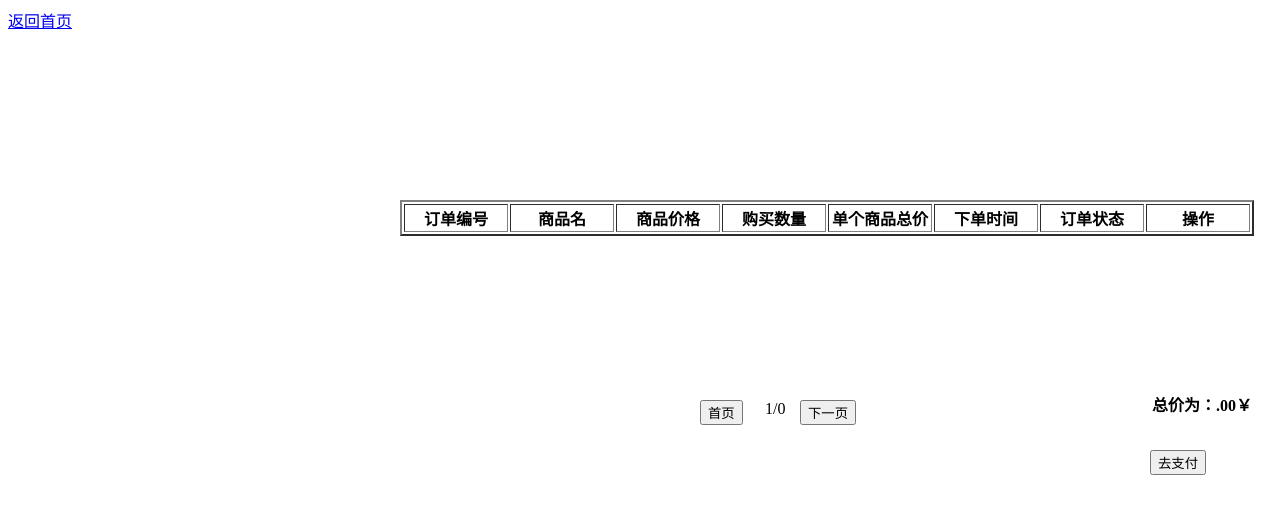
Repository: Gale-student/Gale-student.github.io
Page: http://localhost/weshop/OrdersDetailUnpaidQueryServlet
The author's editor kept a copy of each file at every save. The page is drawn from the files as they stood at one save, then again after the next save.
The browser window is 1280 px wide. The pictures show the whole page.
The page is served by Tomcat 9. Other server files are loaded and not shown. Queries for data that is not in the repository find no rows.

Above is the page before, as saved 2022-10-05 13:19:33.

### WeShop/weshop/WebRoot/WEB-INF/jsp/OrdersUnpaidQueryOfUser.jsp
<%@ page language="java" import="java.util.*,com.company.entity.*" pageEncoding="utf-8"%>
<%
String path = request.getContextPath();
String basePath = request.getScheme()+"://"+request.getServerName()+":"+request.getServerPort()+path+"/";
%>

<!DOCTYPE HTML PUBLIC "-//W3C//DTD HTML 4.01 Transitional//EN">
<html>
  <head>
    <base href="<%=basePath%>">

    <title>My JSP 'OrdersUnpaidQueryOfUser.jsp' starting page</title>

	<meta http-equiv="pragma" content="no-cache">
	<meta http-equiv="cache-control" content="no-cache">
	<meta http-equiv="expires" content="0">
	<meta http-equiv="keywords" content="keyword1,keyword2,keyword3">
	<meta http-equiv="description" content="This is my page">
	<!--
	<link rel="stylesheet" type="text/css" href="styles.css">
	-->
  <%
      List<OrdersDetail> ordersDetailList = (List<OrdersDetail>)request.getAttribute("ordersDetailList");

      int currentPage = (Integer) session.getAttribute("currentPage");
      int allPage = (Integer) session.getAttribute("allPage");

      String upPage = "上一页";
      String downPage = "下一页";
      if(currentPage == 1){
         upPage = "首页";
      }
      if(currentPage == allPage){
         downPage = "尾页";
      }

      String totalPrice = (String) request.getAttribute("totalPrice");
      if(totalPrice == null){
         totalPrice = "";
      }
   %>
    <style type="text/css">
     th{
        width: 100px;
     }
     td{
        width: 100px;
     }
   </style>
  </head>

  <body>
   <a href="ShoppingHomePage.jsp">返回首页</a>
    <table style="position: absolute; left: 400px; top: 200px; text-align: center;" border="2" cellspacing="2">
       <tr>
          <th>订单编号</th>
          <th>商品名</th>
          <th>商品价格</th>
          <th>购买数量</th>
          <th>单个商品总价</th>
          <th>下单时间</th>
          <th>订单状态</th>
          <th>操作</th>
       </tr>
       <%for(int i = 0; i < ordersDetailList.size(); i ++){ %>
       <tr>
          <td><%=ordersDetailList.get(i).getOid() %></td>
          <td><%=ordersDetailList.get(i).getSname() %></td>
          <td><%=ordersDetailList.get(i).getSprice() %>.00￥</td>
          <td><%=ordersDetailList.get(i).getQuantity() %>.0</td>
          <td><%=ordersDetailList.get(i).getShopPrice() %>.00￥</td>
          <td><%=ordersDetailList.get(i).getDate() %></td>
          <td><%=ordersDetailList.get(i).getStatus() %></td>
          <td>
             <form action="OrdersCancelOfUserServlet" method="post">
                <input style="position: absolute; visibility: hidden;" type="text" value=<%=ordersDetailList.get(i).getOid() %> name="oid">
                <input type="submit" value="取消订单">
             </form>
          </td>
       </tr>
       <%} %>
    </table>
    <div style="position: absolute; left: 700px; top: 400px;">
    <form action="OrdersDetailUnpaidUpPageServlet" method="post">
       <input type="submit" value=<%=upPage %>>
    </form>
    <label style="position: absolute; top: 0px; left: 65px;"><%=currentPage + "/" + allPage %></label>
    <form style="position: absolute; top: 0px; left: 100px;" action="OrdersDetailUnpaidDownPageServlet" method="post">
       <input type="submit" value=<%=downPage %>>
    </form>

    </div>
    <label style="position: absolute; left: 1150px; top: 390px;border: 2px solid white; font-weight: bolder;">总价为：<%=totalPrice %>.00￥</label>
    <form action="" method="post">
        <input style="position: absolute; left: 1150px; top: 450px;" type="submit" value="去支付">
    </form>
  </body>
</html>

### WeShop/weshop/src/com/company/controller/OrdersDetailUnpaidQueryServlet.java
package com.company.controller;

import java.io.IOException;
import java.io.PrintWriter;
import java.util.List;

import javax.servlet.ServletException;
import javax.servlet.http.HttpServlet;
import javax.servlet.http.HttpServletRequest;
import javax.servlet.http.HttpServletResponse;
import javax.servlet.http.HttpSession;

import com.company.entity.OrdersDetail;
import com.company.service.OrdersService;
import com.company.service.OrdersServiceImpl;

public class OrdersDetailUnpaidQueryServlet extends HttpServlet {

	/**
	 * The doGet method of the servlet. <br>
	 *
	 * This method is called when a form has its tag value method equals to get.
	 *
	 * @param request the request send by the client to the server
	 * @param response the response send by the server to the client
	 * @throws ServletException if an error occurred
	 * @throws IOException if an error occurred
	 */
	public void doGet(HttpServletRequest request, HttpServletResponse response)
			throws ServletException, IOException {

		doPost(request, response);
	}

	/**
	 * The doPost method of the servlet. <br>
	 *
	 * This method is called when a form has its tag value method equals to post.
	 *
	 * @param request the request send by the client to the server
	 * @param response the response send by the server to the client
	 * @throws ServletException if an error occurred
	 * @throws IOException if an error occurred
	 */
	public void doPost(HttpServletRequest request, HttpServletResponse response)
			throws ServletException, IOException {

		HttpSession hs = request.getSession();
		String uid = (String)hs.getAttribute("uid");
		OrdersService ordersService = new OrdersServiceImpl();
		try {
			List<OrdersDetail> ordersDetailList = ordersService.queryOrdersDetailUnpaid(uid, 0);
			int allRows = ordersService.OrdersDetailUnpaidAllRows(uid);
			int allPage = allRows / 3;
			if(allRows % 3 != 0){
				allPage ++;
			}
			String totalPrice = ordersService.queryTotalPriceOfUserUnpaidOrders(uid);
			request.setAttribute("totalPrice", totalPrice);
			hs.setAttribute("allPage", allPage);
			hs.setAttribute("currentPage", 1);
			request.setAttribute("ordersDetailList", ordersDetailList);
			request.getRequestDispatcher("WEB-INF/jsp/OrdersUnpaidQueryOfUser.jsp").forward(request, response);
		} catch (Exception e) {
			// TODO Auto-generated catch block
			e.printStackTrace();
		}

	}

}

### WeShop/weshop/src/com/company/service/OrdersServiceImpl.java
package com.company.service;

import java.util.List;

import com.company.dao.OrdersDao;
import com.company.dao.OrdersDaoImpl;
import com.company.entity.Orders;
import com.company.entity.OrdersDetail;

public class OrdersServiceImpl implements OrdersService {
	private OrdersDao ordersDao = new OrdersDaoImpl();

    //获取订单表总行数
	public int OrdersAllRows() throws Exception {
		int ordersAllRows = ordersDao.OrdersAllRows();
		return ordersAllRows;
	}

    //添加订单(购买 下单 默认未支付状态)
	public void addOrders(String uid, String sid, String quantity)
			throws Exception {
		ordersDao.insertOrders(uid, sid, quantity);
	}

    //取消订单
	public void cancelOrders(String oid) throws Exception {
		ordersDao.deleteOrders(oid);
	}

    //订单表分页
	public List<Orders> ordersPagingQuery(int page) throws Exception {
		List<Orders> ordersList = ordersDao.ordersPaging(page * 3, 3);
		return ordersList;
	}

    //根据订单编号查订单
	public List<Orders> queryOrdersByOid(String oid) throws Exception {
		List<Orders> ordersList = ordersDao.selectOrdersByOid(oid);
		return ordersList;
	}

    //查看未支付订单
	public List<Orders> queryOrdersByStatusUnpaid() throws Exception {
		List<Orders> ordersList = ordersDao.selectOrdersByStatusUnpaid();
		return ordersList;
	}

	//通过用户ID查订单
	public List<Orders> queryOrdersByUid(String uid) throws Exception {
		List<Orders> ordersList = ordersDao.selectOrdersByUid(uid);
		return ordersList;
	}

	//修改商品数量
	public void modifyQuantity(String sid, String quantity) throws Exception {
		ordersDao.updateQuantity(sid, quantity);
	}

	//查找所有订单
	public List<Orders> queryAllOrders() throws Exception {
		List<Orders> ordersList = ordersDao.selectAllOrders();
		return ordersList;
	}

	//查看用户所有订单详情
	public List<OrdersDetail> selectOrdersDetail(String uid, int page) throws Exception {
		List<OrdersDetail> ordersDetailList = ordersDao.selectOrdersDetail(uid, page * 3, 3);
		return ordersDetailList;
	}

	//获取用户订单表总行数
	public int OrdersDetailAllRows(String uid) throws Exception {
		int ordersDetailAllRows = ordersDao.OrdersDetailAllRows(uid);
		return ordersDetailAllRows;
	}

	//获取用户未支付订单总行数
	public int OrdersDetailUnpaidAllRows(String uid) throws Exception {
		int ordersDetailUnpaidAllRows = ordersDao.OrdersDetailUnpaidAllRows(uid);
		return ordersDetailUnpaidAllRows;
	}

	//查看用户未支付订单详情
	public List<OrdersDetail> queryOrdersDetailUnpaid(String uid, int page) throws Exception {
		List<OrdersDetail> ordersDetaiUnpaidlList = ordersDao.selectOrdersDetailUnpaid(uid, page * 3, 3);
		return ordersDetaiUnpaidlList;
	}

	//
	public String queryTotalPriceOfUserUnpaidOrders(String uid)
			throws Exception {
		String totalPrice = ordersDao.selectTotalPriceOfUserUnpaidOrders(uid);
		return totalPrice;
	}


}

### WeShop/weshop/src/com/company/dao/OrdersDao.java
package com.company.dao;

import java.util.List;

import com.company.entity.Orders;
import com.company.entity.OrdersDetail;

public interface OrdersDao {
	//删除订单(取消订单)
	public void deleteOrders(String oid) throws Exception;
	//订单表分页
	public List<Orders> ordersPaging(int offset, int count) throws Exception;
	//获取订单表总行数
	public int OrdersAllRows() throws Exception;
	//根据订单号查找订单
	public List<Orders> selectOrdersByOid(String oid) throws Exception;
	//查看未支付订单
	public List<Orders> selectOrdersByStatusUnpaid() throws Exception;
	//用户下单(添加订单)
	public void insertOrders(String uid, String sid, String quantity) throws Exception;
	//根据用户ID查订单
	public List<Orders> selectOrdersByUid(String uid) throws Exception;
	//更新订单中商品数量
	public void updateQuantity(String sid, String quantity) throws Exception;
	//查寻所有订单
	public List<Orders> selectAllOrders() throws Exception;
	//订单详情表分页(用户)
	public List<OrdersDetail> selectOrdersDetail(String uid, int offset, int count) throws Exception;
	//获取用户订单表总行数
	public int OrdersDetailAllRows(String uid) throws Exception;
	//用户未支付订单分页查询
	public List<OrdersDetail> selectOrdersDetailUnpaid(String uid, int offset, int count) throws Exception;
	//获取用户未支付订单表总行数
	public int OrdersDetailUnpaidAllRows(String uid) throws Exception;
	//获取所有未支付订单的总价
	public String selectTotalPriceOfUserUnpaidOrders(String uid) throws Exception;
}

### WeShop/weshop/src/com/company/dao/OrdersDaoImpl.java
package com.company.dao;

import java.sql.Connection;
import java.sql.Date;
import java.sql.DriverManager;
import java.sql.PreparedStatement;
import java.sql.ResultSet;
import java.text.DateFormat;
import java.util.ArrayList;
import java.util.List;

import com.company.entity.Orders;
import com.company.entity.OrdersDetail;
import com.company.entity.User;

public class OrdersDaoImpl implements OrdersDao {
	private String url = "jdbc:mysql://localhost:3306/test?characterEncoding=utf-8";
    private String username = "root";
    private String password = "root";

    //获取订单表总行数(管理员)
	public int OrdersAllRows() throws Exception {
		Class.forName("com.mysql.jdbc.Driver");
		Connection conn = DriverManager.getConnection(url, username, password);
		String sql = " select count(*) as rows from orders ";
		PreparedStatement ps = conn.prepareStatement(sql);
		ResultSet rs = ps.executeQuery();
		rs.next();
		int rows = rs.getInt("rows");
		return rows;
	}

    //删除订单(管理员)
	public void deleteOrders(String oid) throws Exception {
		Class.forName("com.mysql.jdbc.Driver");
		Connection conn = DriverManager.getConnection(url, username, password);
		String sql = " delete from orders where oid = ? ";
		PreparedStatement ps = conn.prepareStatement(sql);
		ps.setString(1, oid);
		ps.execute();
		conn.close();

	}

    //订单表分页(管理员)
	public List<Orders> ordersPaging(int offset, int count) throws Exception {
		Class.forName("com.mysql.jdbc.Driver");
		Connection conn = DriverManager.getConnection(url, username, password);
		String sql = " select * from orders limit ?, ? ";
		PreparedStatement ps = conn.prepareStatement(sql);
		ps.setInt(1, offset);
		ps.setInt(2, count);
		ResultSet rs = ps.executeQuery();
		List<Orders> ordersList = new ArrayList<Orders>();
		while(rs.next()){
			String oid = rs.getString("oid");
			String uid = rs.getString("uid");
			String sid = rs.getString("sid");
			String quantity = rs.getString("quantity");
			String date = rs.getString("date");
			String status = rs.getString("status");
			Orders orders = new Orders();
			orders.setOid(oid);
			orders.setUid(uid);
			orders.setSid(sid);
			orders.setQuantity(quantity);
			orders.setDate(date);
			orders.setStatus(status);
            ordersList.add(orders);
		}
		return ordersList;
	}

    //根据订单号查找订单(管理员)
	public List<Orders> selectOrdersByOid(String oid) throws Exception {
		Class.forName("com.mysql.jdbc.Driver");
		Connection conn = DriverManager.getConnection(url, username, password);
		String sql = " select * from orders where oid = ? ";
		PreparedStatement ps = conn.prepareStatement(sql);
		ps.setString(1, oid);
		ResultSet rs = ps.executeQuery();
		List<Orders> ordersList = new ArrayList<Orders>();
		while(rs.next()){
			String uid = rs.getString("uid");
			String sid = rs.getString("sid");
			String quantity = rs.getString("quantity");
			String date = rs.getString("date");
			String status = rs.getString("status");
			Orders orders = new Orders();
			orders.setOid(oid);
			orders.setUid(uid);
			orders.setSid(sid);
			orders.setQuantity(quantity);
			orders.setDate(date);
			orders.setStatus(status);
			ordersList.add(orders);
		}
		return ordersList;
	}

    //查看未支付订单(管理员)
	public List<Orders> selectOrdersByStatusUnpaid() throws Exception {
		Class.forName("com.mysql.jdbc.Driver");
		Connection conn = DriverManager.getConnection(url, username, password);
		String sql = " select * from orders where status = '0' ";
		PreparedStatement ps = conn.prepareStatement(sql);
		ResultSet rs = ps.executeQuery();
		List<Orders> ordersList = new ArrayList<Orders>();
		while(rs.next()){
			String oid = rs.getString("oid");
			String uid = rs.getString("uid");
			String sid = rs.getString("sid");
			String quantity = rs.getString("quantity");
			String date = rs.getString("date");
			String status = rs.getString("status");
			Orders orders = new Orders();
			orders.setOid(oid);
			orders.setUid(uid);
			orders.setSid(sid);
			orders.setQuantity(quantity);
			orders.setDate(date);
			orders.setStatus(status);
			ordersList.add(orders);
		}
		return ordersList;
	}

	//添加订单(用户购买)
	public void insertOrders(String uid, String sid, String quantity) throws Exception {
		Class.forName("com.mysql.jdbc.Driver");
		Connection conn = DriverManager.getConnection(url, username, password);

		System.currentTimeMillis();
		String oid = "" + System.currentTimeMillis();
		String sql = " insert into orders values ( ?, ?, ?, ?, now(), 0 ) ";
		PreparedStatement ps = conn.prepareStatement(sql);
		ps.setString(1, oid);
		ps.setString(2, uid);
		ps.setString(3, sid);
		ps.setString(4, quantity);
		ps.execute();
		conn.close();

	}

	//根据用户ID查询订单(管理员)
	public List<Orders> selectOrdersByUid(String uid) throws Exception {
		Class.forName("com.mysql.jdbc.Driver");
		Connection conn = DriverManager.getConnection(url, username, password);
		String sql = " select * from orders where uid = ? ";
		PreparedStatement ps = conn.prepareStatement(sql);
		ps.setString(1, uid);
		ResultSet rs = ps.executeQuery();
		List<Orders> ordersList = new ArrayList<Orders>();
		while(rs.next()){
			String oid = rs.getString("oid");
			String sid = rs.getString("sid");
			String quantity = rs.getString("quantity");
			String date = rs.getString("date");
			String status = rs.getString("status");
			Orders orders = new Orders();
			orders.setOid(oid);
			orders.setUid(uid);
			orders.setSid(sid);
			orders.setQuantity(quantity);
			orders.setDate(date);
			orders.setStatus(status);
			ordersList.add(orders);
		}
		return ordersList;
	}

	//更新订单中商品数量(用户 添加相同商品)
	public void updateQuantity(String sid, String quantity) throws Exception {
		Class.forName("com.mysql.jdbc.Driver");
		Connection conn = DriverManager.getConnection(url, username, password);
		String sql = " update orders set quantity = quantity + ? where sid = ? and status = 0 ";
		PreparedStatement ps = conn.prepareStatement(sql);
		ps.setString(1, quantity);
		ps.setString(2, sid);
		ps.execute();
		conn.close();
	}

	//查询所有订单(管理员)
	public List<Orders> selectAllOrders() throws Exception {
		Class.forName("com.mysql.jdbc.Driver");
		Connection conn = DriverManager.getConnection(url, username, password);
		String sql = " select * from orders ";
		PreparedStatement ps = conn.prepareStatement(sql);
		ResultSet rs = ps.executeQuery();
		List<Orders> ordersList = new ArrayList<Orders>();
		while(rs.next()){
			String oid = rs.getString("oid");
			String uid = rs.getString("uid");
			String sid = rs.getString("sid");
			String quantity = rs.getString("quantity");
			String date = rs.getString("date");
			String status = rs.getString("status");
			Orders orders = new Orders();
			orders.setOid(oid);
			orders.setUid(uid);
			orders.setSid(sid);
			orders.setQuantity(quantity);
			orders.setDate(date);
			orders.setStatus(status);
			ordersList.add(orders);
		}
		return ordersList;
	}

	//用户订单详情表分页
	public List<OrdersDetail> selectOrdersDetail(String uid, int offset, int count) throws Exception {
		Class.forName("com.mysql.jdbc.Driver");
		Connection conn = DriverManager.getConnection(url, username, password);
		String sql = " select o.oid, o.uid, s.sname, s.sprice, o.quantity,  " +
				"(o.quantity * s.sprice) as shopPrice, o.date, o.status from orders " +
				"o inner join shop s where s.sid = o.sid and o.uid = ? limit ?, ? ";
		PreparedStatement ps = conn.prepareStatement(sql);
		ps.setString(1, uid);
		ps.setInt(2, offset);
		ps.setInt(3, count);
		ResultSet rs = ps.executeQuery();
		List<OrdersDetail> ordersDetailList = new ArrayList<OrdersDetail>();
		while(rs.next()){
			String oid = rs.getString("oid");
			String sname = rs.getString("sname");
			String sprice = rs.getString("sprice");
			String quantity = rs.getString("quantity");
			String shopPrice = rs.getString("shopPrice");
			String date = rs.getString("date");
			String status = rs.getString("status");
			OrdersDetail ordersDetail = new OrdersDetail();
			ordersDetail.setOid(oid);
			ordersDetail.setUid(uid);
			ordersDetail.setSname(sname);
			ordersDetail.setSprice(sprice);
			ordersDetail.setQuantity(quantity);
			ordersDetail.setShopPrice(shopPrice);
			ordersDetail.setDate(date);
			ordersDetail.setStatus(status);
			ordersDetailList.add(ordersDetail);
		}
		return ordersDetailList;
	}

	//获取用户订单详情表总行数
	public int OrdersDetailAllRows(String uid) throws Exception {
		Class.forName("com.mysql.jdbc.Driver");
		Connection conn = DriverManager.getConnection(url, username, password);
		String sql = " select count(*) as rows from orders where uid = ? ";
		PreparedStatement ps = conn.prepareStatement(sql);
		ps.setString(1, uid);
		ResultSet rs = ps.executeQuery();
		rs.next();
		int rows = rs.getInt("rows");
		conn.close();
		return rows;
	}

	//获取用户未支付订单总行数
	public int OrdersDetailUnpaidAllRows(String uid) throws Exception {
		Class.forName("com.mysql.jdbc.Driver");
		Connection conn = DriverManager.getConnection(url, username, password);
		String sql = " select count(*) as rows from orders where uid = ? and status = 0 ";
		PreparedStatement ps = conn.prepareStatement(sql);
		ps.setString(1, uid);
		ResultSet rs = ps.executeQuery();
		rs.next();
		int rows = rs.getInt("rows");
		conn.close();
		return rows;
	}

	//查询用户未支付订单
	public List<OrdersDetail> selectOrdersDetailUnpaid(String uid, int offset,
			int count) throws Exception {
		Class.forName("com.mysql.jdbc.Driver");
		Connection conn = DriverManager.getConnection(url, username, password);
		String sql = " select o.oid, o.uid, s.sname, s.sprice, o.quantity,  " +
				"(o.quantity * s.sprice) as shopPrice, o.date, o.status from orders " +
				"o inner join shop s where s.sid = o.sid and o.uid = ? and o.status = 0 limit ?, ? ";
		PreparedStatement ps = conn.prepareStatement(sql);
		ps.setString(1, uid);
		ps.setInt(2, offset);
		ps.setInt(3, count);
		ResultSet rs = ps.executeQuery();
		List<OrdersDetail> ordersDetailList = new ArrayList<OrdersDetail>();
		while(rs.next()){
			String oid = rs.getString("oid");
			String sname = rs.getString("sname");
			String sprice = rs.getString("sprice");
			String quantity = rs.getString("quantity");
			String shopPrice = rs.getString("shopPrice");
			String date = rs.getString("date");
			String status = rs.getString("status");
			OrdersDetail ordersDetail = new OrdersDetail();
			ordersDetail.setOid(oid);
			ordersDetail.setUid(uid);
			ordersDetail.setSname(sname);
			ordersDetail.setSprice(sprice);
			ordersDetail.setQuantity(quantity);
			ordersDetail.setShopPrice(shopPrice);
			ordersDetail.setDate(date);
			ordersDetail.setStatus(status);
			ordersDetailList.add(ordersDetail);
		}
		return ordersDetailList;
	}

	//获取用户未支付订单的总价
	public String selectTotalPriceOfUserUnpaidOrders(String uid)
			throws Exception {
		Class.forName("com.mysql.jdbc.Driver");
		Connection conn = DriverManager.getConnection(url, username, password);
		String sql = " select sum(o.quantity * s.sprice) as totalPrice from orders o inner join shop s where uid = ? and status = 0 ";
		PreparedStatement ps = conn.prepareStatement(sql);
		ps.setString(1, uid);
		ResultSet rs = ps.executeQuery();
		rs.next();
		String totalPrice = rs.getString("totalPrice");
		return totalPrice;
	}

}

After the next save:
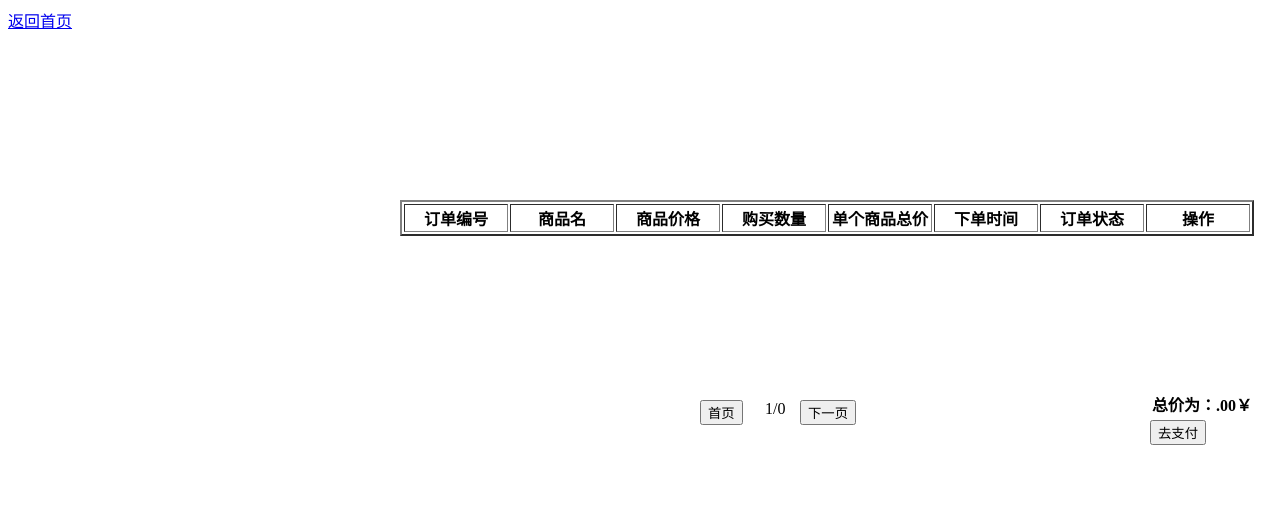
Saved 39 s later.
--- a/WeShop/weshop/WebRoot/WEB-INF/jsp/OrdersUnpaidQueryOfUser.jsp
+++ b/WeShop/weshop/WebRoot/WEB-INF/jsp/OrdersUnpaidQueryOfUser.jsp
@@ -92,7 +92,7 @@ String basePath = request.getScheme()+"://"+request.getServerName()+":"+request.
     </div>
     <label style="position: absolute; left: 1150px; top: 390px;border: 2px solid white; font-weight: bolder;">总价为：<%=totalPrice %>.00￥</label>
     <form action="" method="post">
-        <input style="position: absolute; left: 1150px; top: 450px;" type="submit" value="去支付">
+        <input style="position: absolute; left: 1150px; top: 420px;" type="submit" value="去支付">
     </form>
   </body>
 </html>
